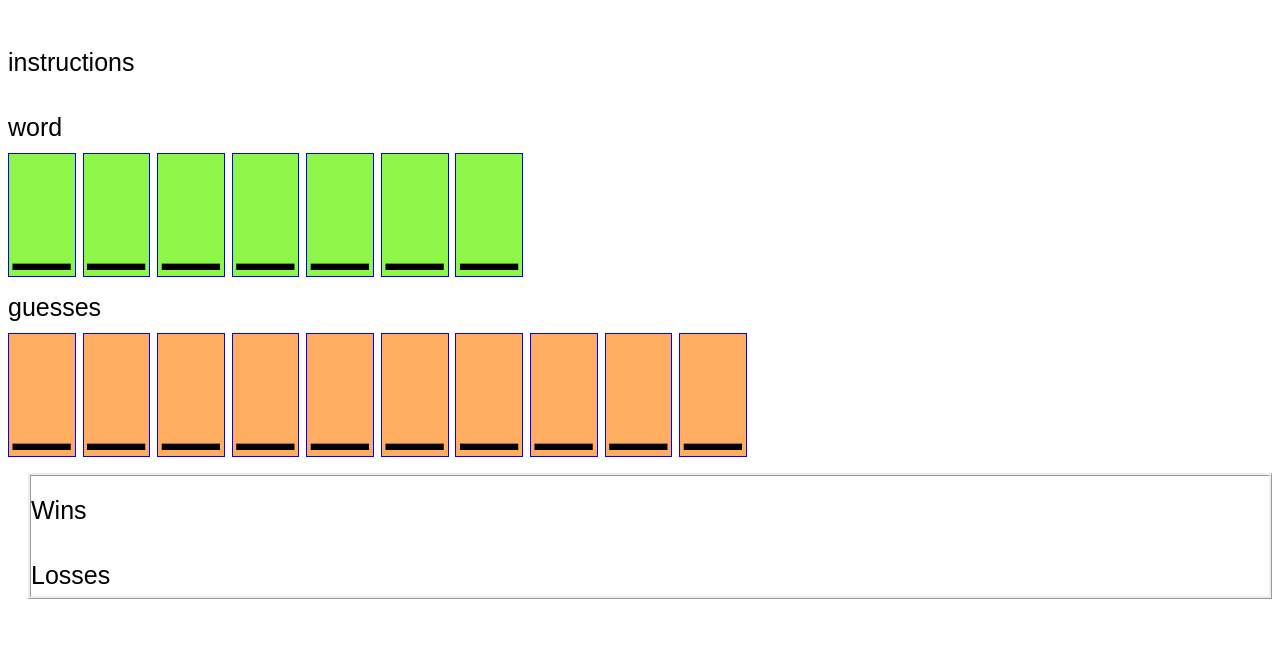
Repository: dsaftler/JavaScript
Page: index.html
An editor plug-in stored every save of this project. The page is shown before and after the next save, followed by the edit.
The browser window is 1280 px wide. The pictures show the whole page.

Above is the page before, as saved 2019-03-28 17:19:11.

After the next save:
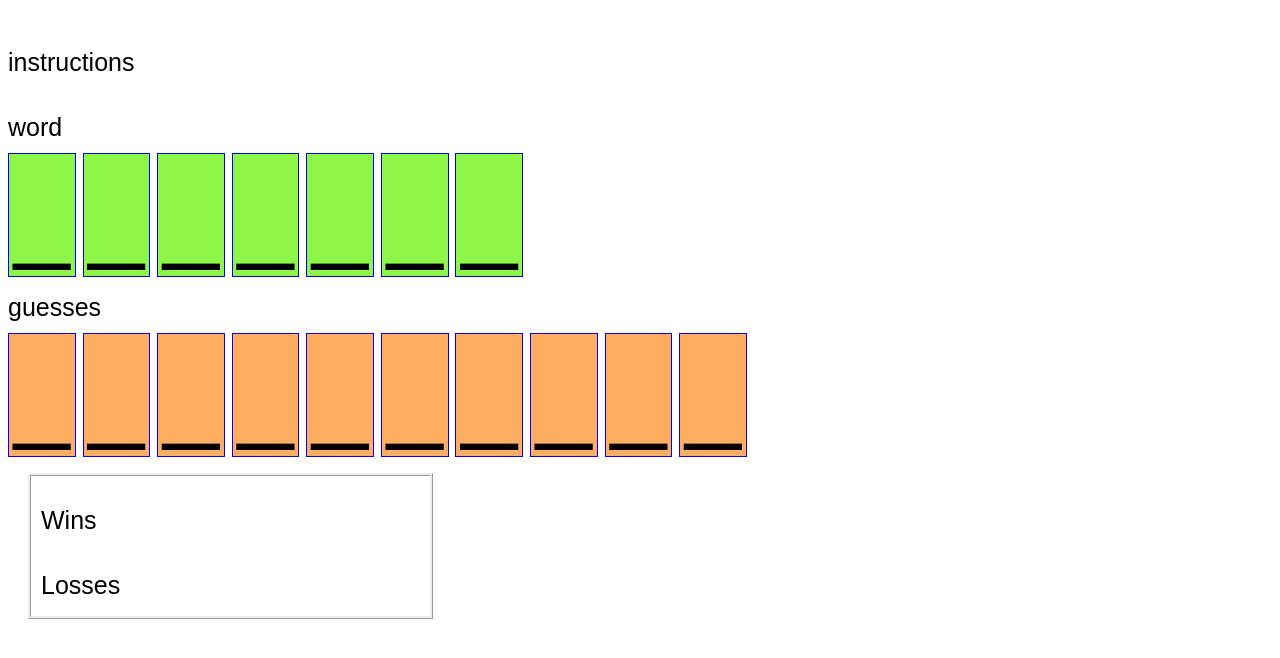
Saved 59 s later.
--- a/assets/css/style.css
+++ b/assets/css/style.css
@@ -14,5 +14,7 @@ font-size: 25px;}
 .score{
   margin-top: 20px;
   margin-left: 20px;
+  padding:10px;
   height:120px;
+  width: 30%;
   border-style: ridge}
